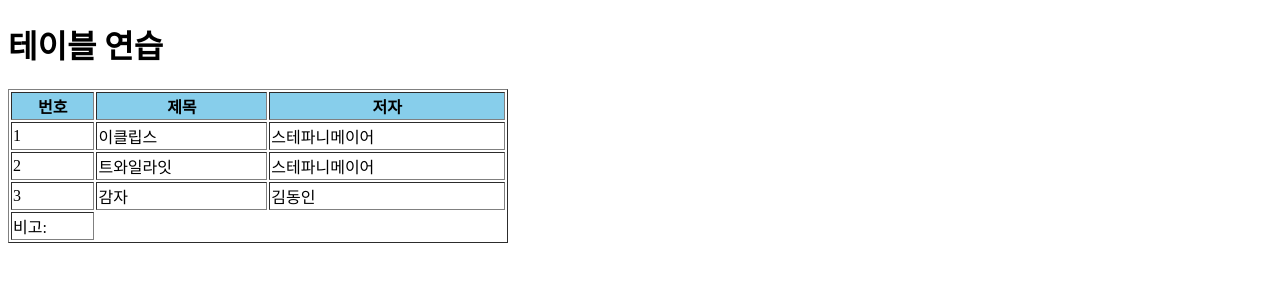
Repository: sonic247897/multicampus-web
Page: clientweb/WebContent/html/table1.html
The author's editor kept a copy of each file at every save. The page is drawn from the files as they stood at one save, then again after the next save.
The browser window is 1280 px wide. The pictures show the whole page.

Above is the page before, as saved 2020-01-02 01:44:11.

After the next save:
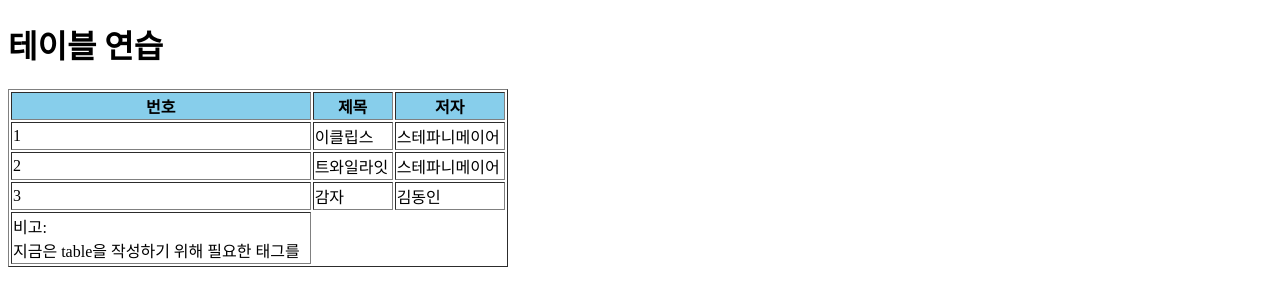
Saved 30 s later.
--- a/clientweb/WebContent/html/table1.html
+++ b/clientweb/WebContent/html/table1.html
@@ -29,7 +29,11 @@
 			<td>김동인</td>
 		</tr>
 		<tr>
-			<td>비고:</td>
+			<td>
+			비고: <br/>
+			지금은 table을 작성하기 위해 필요한 태그를
+
+			</td>
 		</tr>
 
 	</table>
